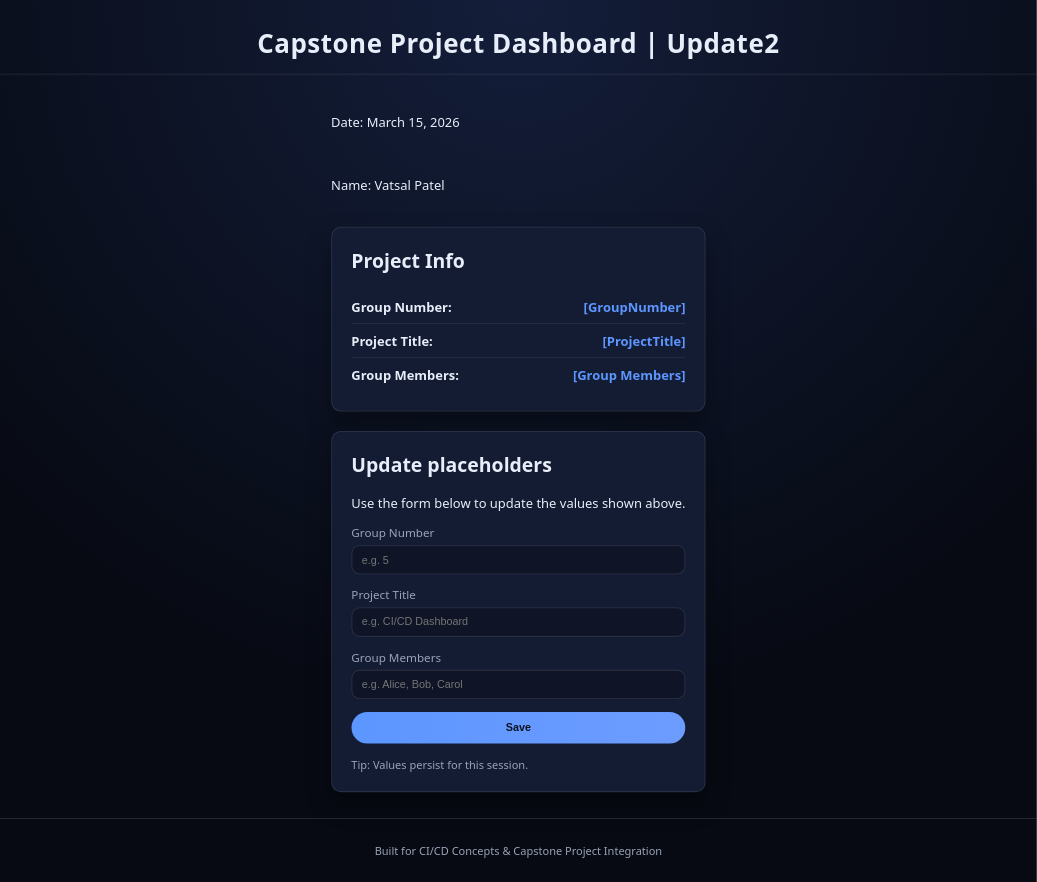
Repository: vatsalpatel3009/GroupNumber6_Cicd
Page: myapp/index.html
An editor plug-in stored every save of this project. The page is shown before and after the next save, followed by the edit.
The browser window is 1280 px wide. The pictures show the whole page, at 81% of full size.

Above is the page before, as saved 2026-03-17 15:18:23.

After the next save:
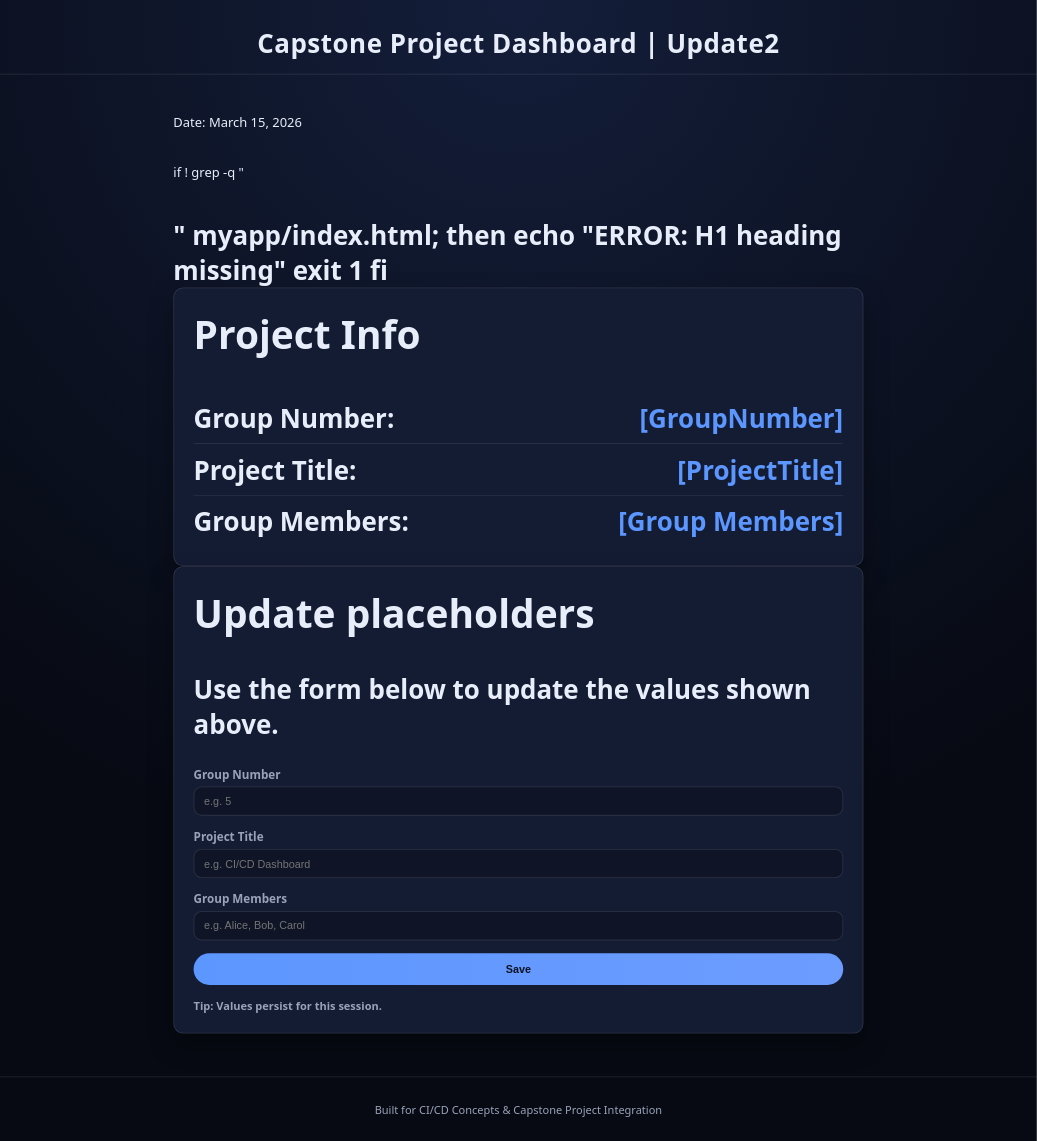
Saved 47 min 2 s later.
--- a/myapp/index.html
+++ b/myapp/index.html
@@ -13,7 +13,10 @@
 
   <main class="content">
       <p>Date: March 15, 2026</p>
-      <p>Name: Vatsal Patel</p>
+if ! grep -q "<h1>" myapp/index.html; then
+  echo "ERROR: H1 heading missing"
+  exit 1
+fi
 
     <section class="card">
       <h2>Project Info</h2>
